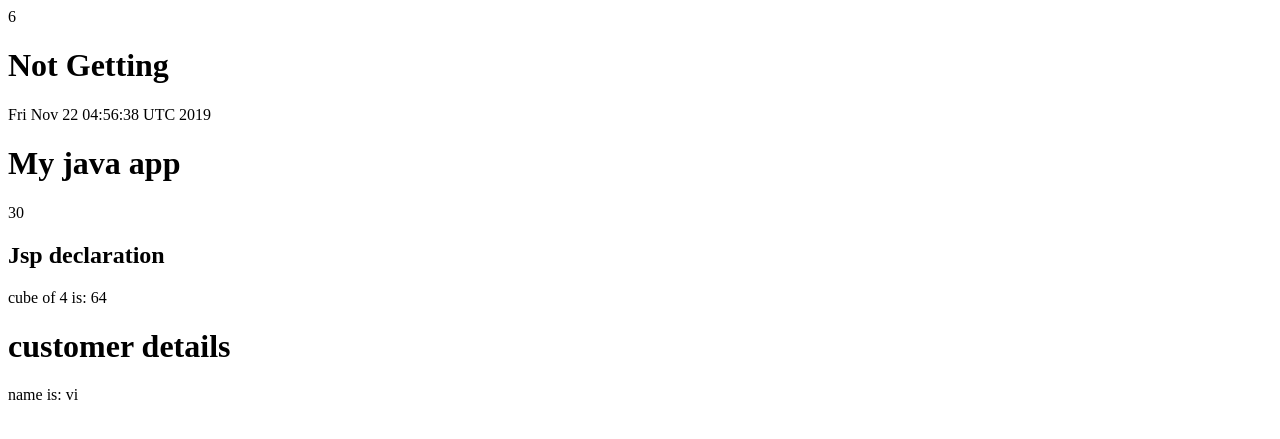
Repository: Vikas333/slk2
Page: http://localhost/Testproject/Test.jsp
These files come from the project's save history. The page is drawn as it stood at one moment and after the next save; the edit follows.
The browser window is 1280 px wide. The pictures show the whole page.
The page is served by Tomcat 9.

Above is the page before, as saved 2019-11-22 05:32:58.

After the next save:
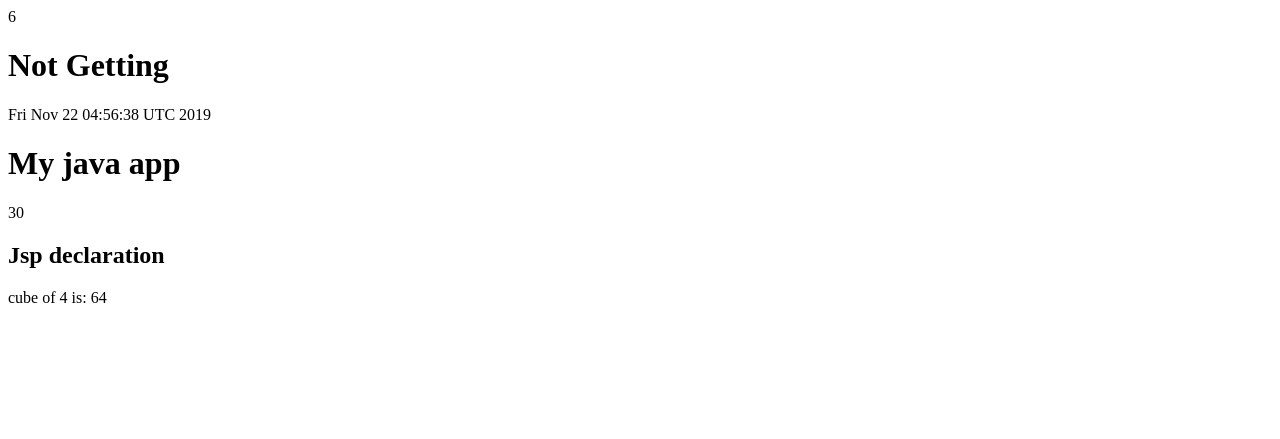
Saved 80 s later.
--- a/Testproject/WebContent/Test.jsp
+++ b/Testproject/WebContent/Test.jsp
@@ -29,15 +29,7 @@
 %>
 <%= "cube of 4 is:  "+cube(4) %>
 
-<h1>customer details</h1>
-<%
 
-Customer c1=new Customer();
-c1.setCustId(101);
-c1.setName("vi");
-c1.setAddress("hyg");
-%>
-<%= "name is: "+c1.getName()%>
 
 
 

After the save that followed:
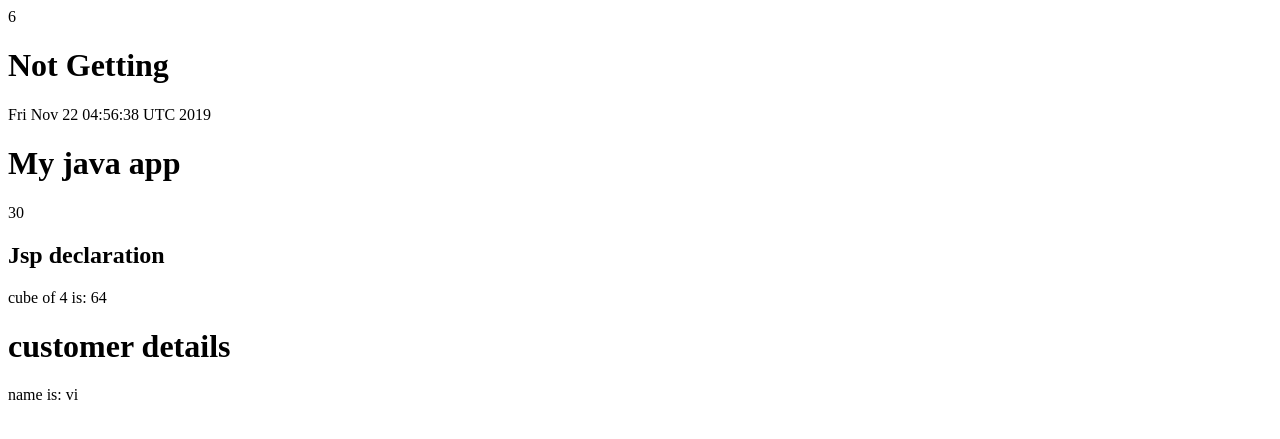
Saved 111 s later.
--- a/Testproject/WebContent/Test.jsp
+++ b/Testproject/WebContent/Test.jsp
@@ -29,7 +29,15 @@
 %>
 <%= "cube of 4 is:  "+cube(4) %>
 
+<h1>customer details</h1>
+<%
 
+Customer c1=new Customer();
+c1.setCustId(101);
+c1.setName("vi");
+c1.setAddress("hyg");
+%>
+<%= "name is: "+c1.getName()%>
 
 
 
